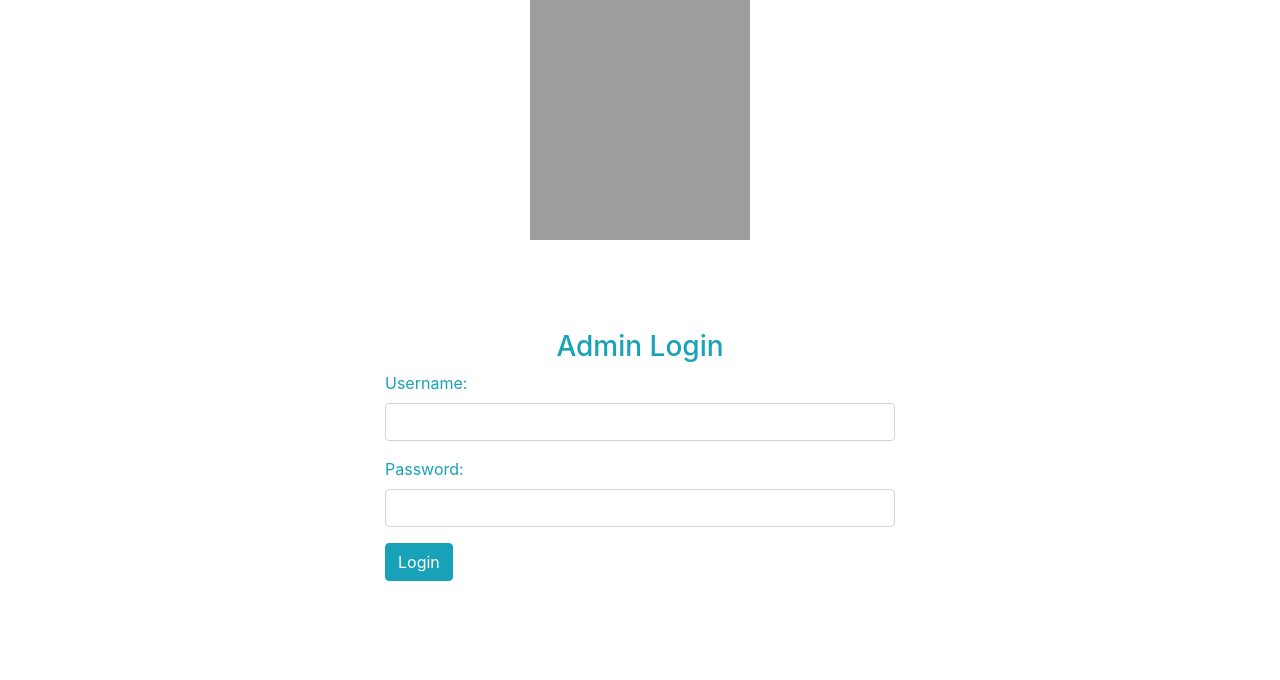
Repository: sindurup/Phase2Project
Page: http://localhost/LearnersAcademyPro/Login.jsp
An editor plug-in stored every save of this project. The page is shown before and after the next save, followed by the edit.
The browser window is 1280 px wide. The pictures show the whole page.
Pictures or frames that could not be fetched are drawn as grey boxes. The page is served by Tomcat 9. Other server files are loaded and not shown.

Above is the page before, as saved 2021-10-01 09:04:05.

### LearnersAcademyPro/src/main/webapp/Login.jsp
<%@ page language="java" contentType="text/html; charset=ISO-8859-1"
    pageEncoding="ISO-8859-1"%>
<!DOCTYPE html>
<html>
<link href="//maxcdn.bootstrapcdn.com/bootstrap/4.1.1/css/bootstrap.min.css" rel="stylesheet" id="bootstrap-css">

<head>
<meta charset="ISO-8859-1">
<script type="text/javascript">
function required()
{
	var uname=document.login.username.value;
	var pw=document.login.password.value;

  if (uname == "")
   {
      alert("Please enter user name");
      document.login.username.focus();
      return false;
   }
  else if(pw == "")
  {
     alert("Please enter password");
     document.login.password.focus();
      return false;
   }
  else if ((uname.length<5)||(uname.length>15))
  {
     alert("Username of invalid length");
     document.login.username.focus();
     return false;
  }
  else if ((pw.length<7)||(pw.length>15))
  {
     alert("Password length should be 7 to 15 digits");
     document.login.password.focus();
     return false;
  }
  else
	  {
        return true;
	  }




 }


</script>
<title>Learners Academy</title>
</head>
<body>

 <div align="center">
 <img src="D:\Phase2Project\LearnersAcademyPro\logo.jpg" style="width:220px;height:240px;align="middle"></div>
    <div id="login">
        <h3 class="text-center text-white pt-5">Login form</h3>
        <div class="container">
            <div id="login-row" class="row justify-content-center align-items-center">
                <div id="login-column" class="col-md-6">
                    <div id="login-box" class="col-md-12">
                        <form id="login" name="login" class="form" action="login" method="post" onSubmit="return required();" >
                            <h3 class="text-center text-info">Admin Login</h3>
                            <div class="form-group">
                                <label for="username" class="text-info">Username:</label><br>
                                <input type="text" name="username" id="username" class="form-control">
                            </div>
                            <div class="form-group">
                                <label for="password" class="text-info">Password:</label><br>
                                <input type="password" name="password" id="password" class="form-control">
                            </div>
                            <div class="form-group">

                                <input type="submit" name="Login" class="btn btn-info btn-md" value="Login" onClick="return required();">
                            </div>

                        </form>
                    </div>
                </div>
            </div>
        </div>
    </div>
</body>
</html>

After the next save:
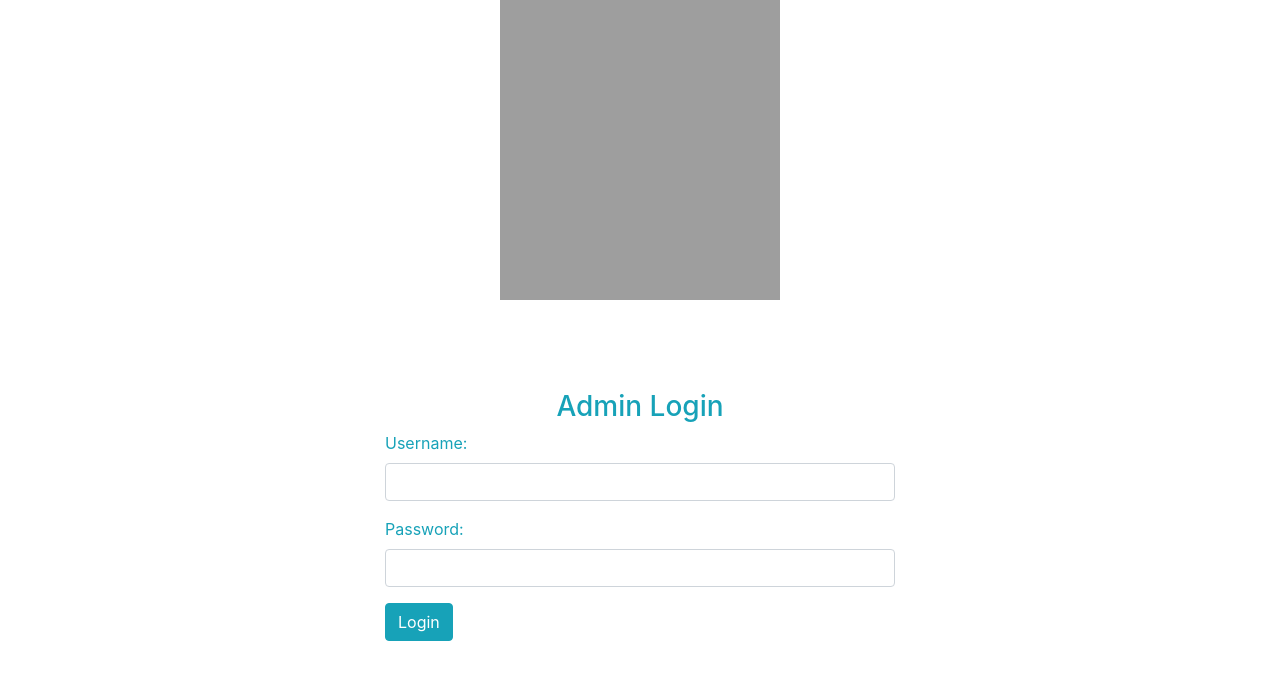
Saved 21 s later.
--- a/LearnersAcademyPro/src/main/webapp/Login.jsp
+++ b/LearnersAcademyPro/src/main/webapp/Login.jsp
@@ -53,7 +53,7 @@ function required()
 <body>
 
  <div align="center">
- <img src="D:\Phase2Project\LearnersAcademyPro\logo.jpg" style="width:220px;height:240px;align="middle"></div>
+ <img src="D:\Phase2Project\LearnersAcademyPro\logo.jpg" style="width:280px;height:300px;align="middle"></div>
     <div id="login">
         <h3 class="text-center text-white pt-5">Login form</h3>
         <div class="container">
